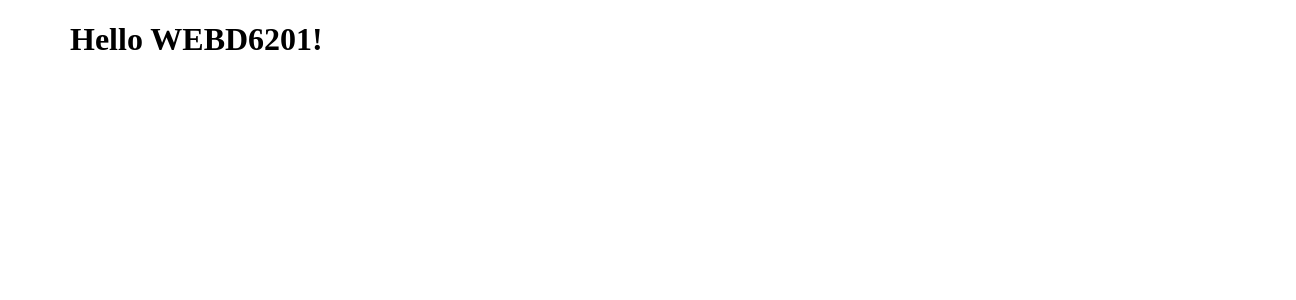
Repository: GarlicButterBoy/WEBD6201-Week1
Page: index.html
These files come from the project's save history. The page is drawn as it stood at one moment and after the next save; the edit follows.
The browser window is 1280 px wide. The page is 1280 px wide, then 1296 px, then 1280 px, so the pictures cover 1296 px, including what lies to the right of the window. The pictures show the whole page.

Above is the page before, as saved 2021-01-14 09:14:33.

### index.html
<!DOCTYPE html>
<html lang="en">
<head>
    <meta charset="UTF-8">
    <meta name="viewport" content="width=device-width, initial-scale=1.0">
    <title>Document</title>

    <!-- CSS Section -->
    <link rel="stylesheet" href="./node_modules/bootstrap/dist/css/bootstrap-grid.min.css">
    <link rel="stylesheet" href="./node_modules/@fortawesome/fontawesome-free/css/all.min.css">
    <link rel="stylesheet" href="./Content/app.css">

</head>
<body>
    <div class="container">
        <h1>Hello WEBD6201!</h1>
    </div>

    <!-- JavaScript Section -->
    <script src="./node_modules/jquery/dist/jquery.min.js"></script>
    <script src="./node_modules/bootstrap/dist/js/bootstrap.bundle.min.js"></script>
    <script src="./Scripts/app.js"></script>

</body>
</html>

### Content/app.css
/*
 * Custom CSS goes here!
 */

### Scripts/app.js
/*
 * Custom Scripts go here!
 */

//IIFE - Immediately Invoked Function Expression
//AKA - Anonymous Self-Executing Function
(function()
{
    //Initialization Function
    function Start()
    {

       console.log("App Started...");

       for (let index = 0; index < 5; index++)
       {

        console.log(index);

       }
    }
    //Event Listener
    window.addEventListener("load", Start);

})();

Loaded but not shown: node_modules/bootstrap/dist/css/bootstrap-grid.min.css (library); node_modules/@fortawesome/fontawesome-free/css/all.min.css (library); node_modules/jquery/dist/jquery.min.js (library); node_modules/bootstrap/dist/js/bootstrap.bundle.min.js (library)

After the next save:
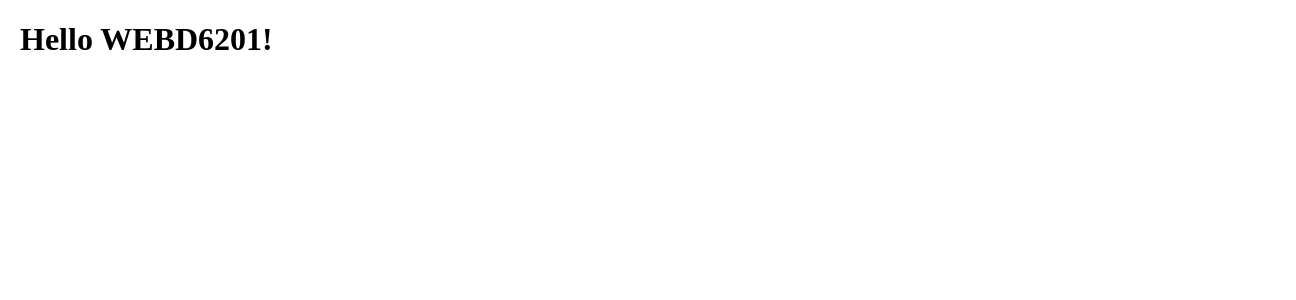
Saved 27 s later.
--- a/index.html
+++ b/index.html
@@ -12,7 +12,7 @@
 
 </head>
 <body>
-    <div class="container">
+    <div class="container-fluid">
         <h1>Hello WEBD6201!</h1>
     </div>
 

After the save that followed:
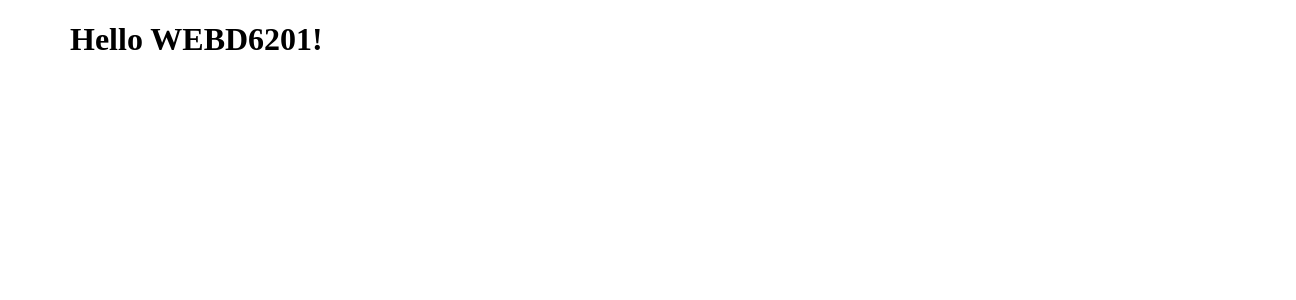
Saved 14 s later.
--- a/index.html
+++ b/index.html
@@ -12,7 +12,7 @@
 
 </head>
 <body>
-    <div class="container-fluid">
+    <div class="container">
         <h1>Hello WEBD6201!</h1>
     </div>
 
